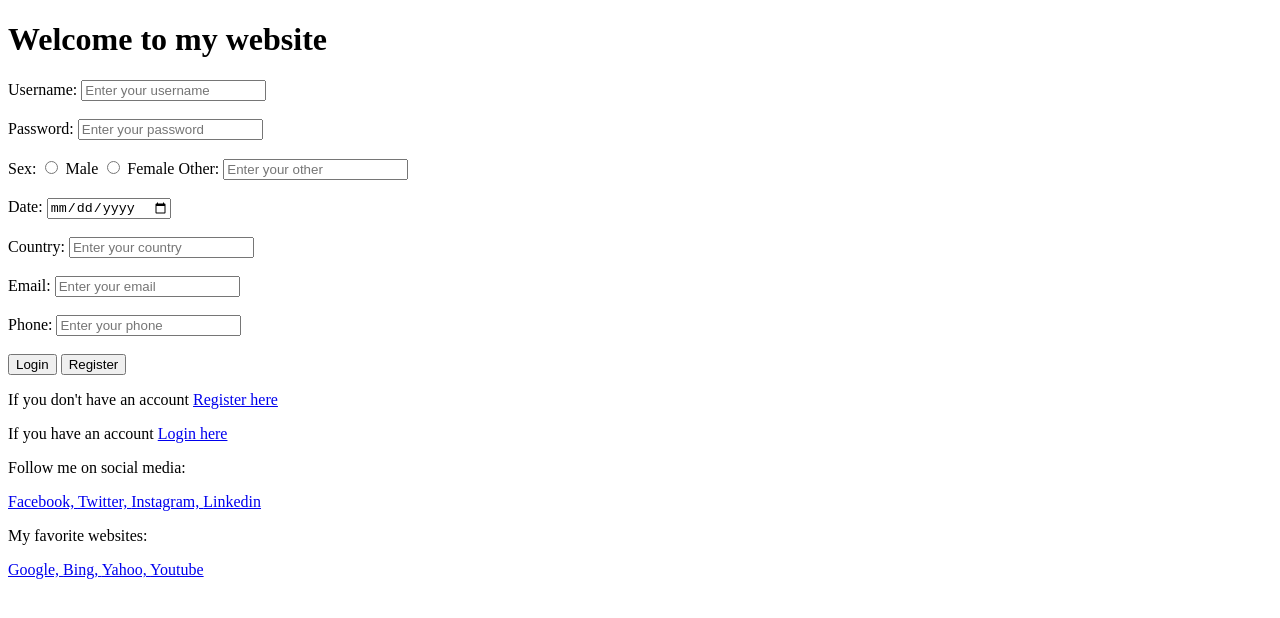
Repository: bao2222/hoc-lam-web
Page: welcome.html
The author's editor kept a copy of each file at every save. The page is drawn from the files as they stood at one save, then again after the next save.
The browser window is 1280 px wide. The pictures show the whole page.

Above is the page before, as saved 2024-12-24 20:04:11.

After the next save:
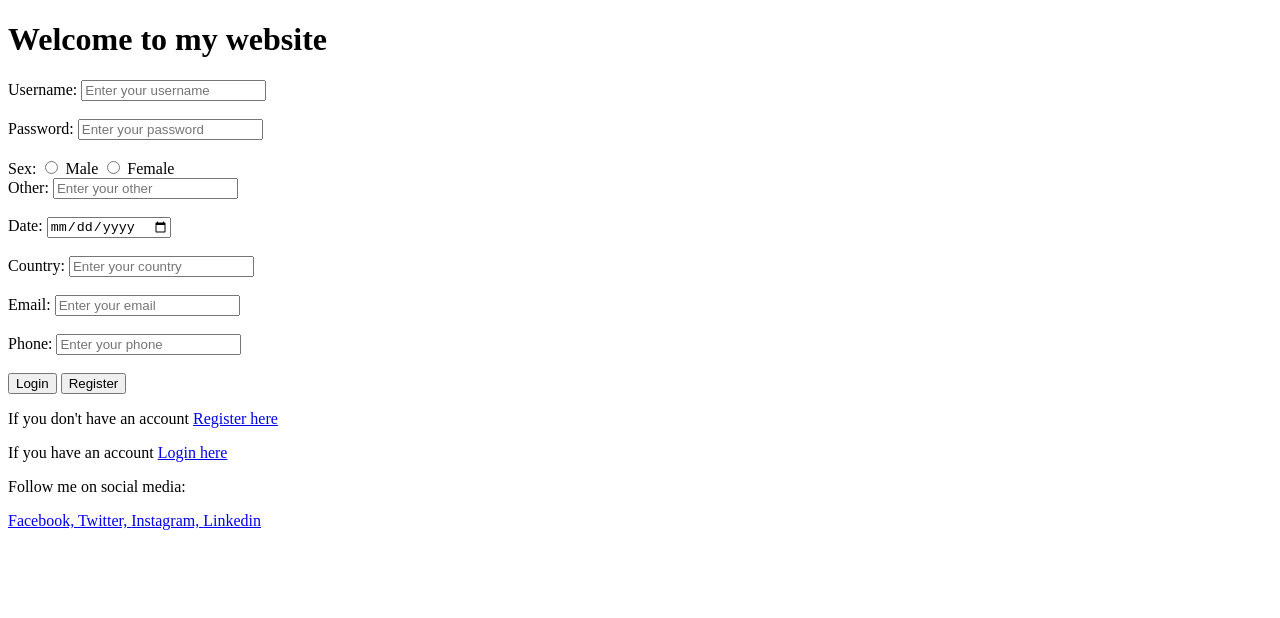
Saved 2 min 12 s later.
--- a/welcome.html
+++ b/welcome.html
@@ -26,7 +26,7 @@
                         <input type="radio" id="male" name="sex" value="male">
                         <label for="male">Male</label>
                         <input type="radio" id="female" name="sex" value="female">
-                        <label for="female">Female</label>
+                        <label for="female">Female</label><br>
                         <label for="other">Other:</label>
                         <input type="text" id="other" name="other" placeholder="Enter your other"><br><br>
                         <label for="date">Date:</label>
@@ -59,12 +59,9 @@
                 </div>
 
                 <div>
-                    <p>My favorite websites: </p>
-                    <a target = "_blank" href="https://www.google.com/">Google,  </a>
-                    <a target = "_blank" href="https://www.bing.com/"> Bing, </a>
-                    <a target="_blank" href="https://www.yahoo.com/"> Yahoo, </a>
-                    <a target = "_blank" href="https://www.youtube.com/"> Youtube</a>
                 </div>
+
+
                 </div>
 
 
